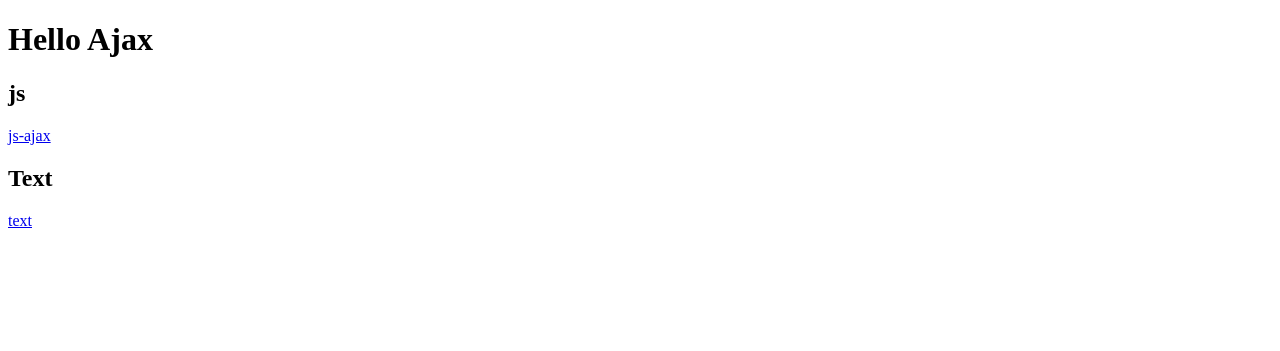
Repository: sim8191/ServletWorkspace
Page: 03_ajax/src/main/webapp/index.html
These files come from the project's save history. The page is drawn as it stood at one moment and after the next save; the edit follows.
The browser window is 1280 px wide. The pictures show the whole page.

Above is the page before, as saved 2026-02-23 06:32:45.

After the next save:
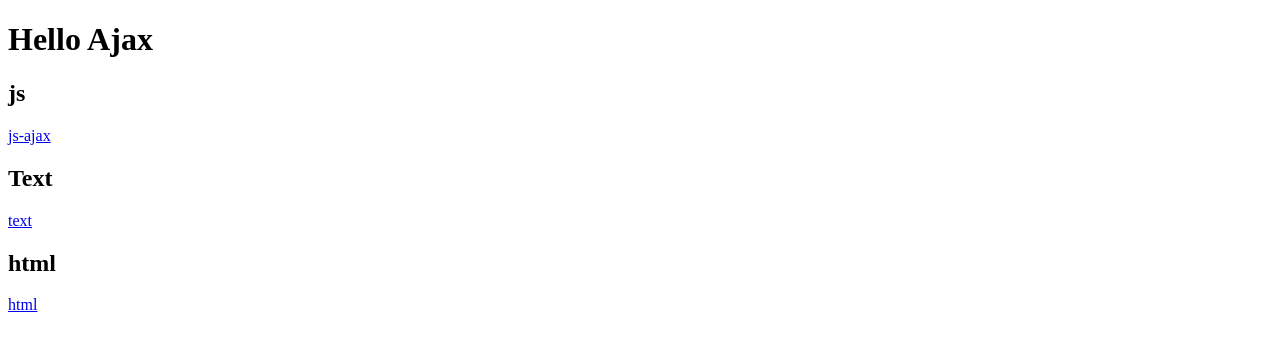
Saved 55 s later.
--- a/03_ajax/src/main/webapp/index.html
+++ b/03_ajax/src/main/webapp/index.html
@@ -12,7 +12,8 @@
 	<h2>Text</h2>
 	<a href="/ajax/text/text.html">text</a>
 
-
+	<h2>html</h2>
+	<a href="/ajax/html/html.html">html</a>
 
 
 
